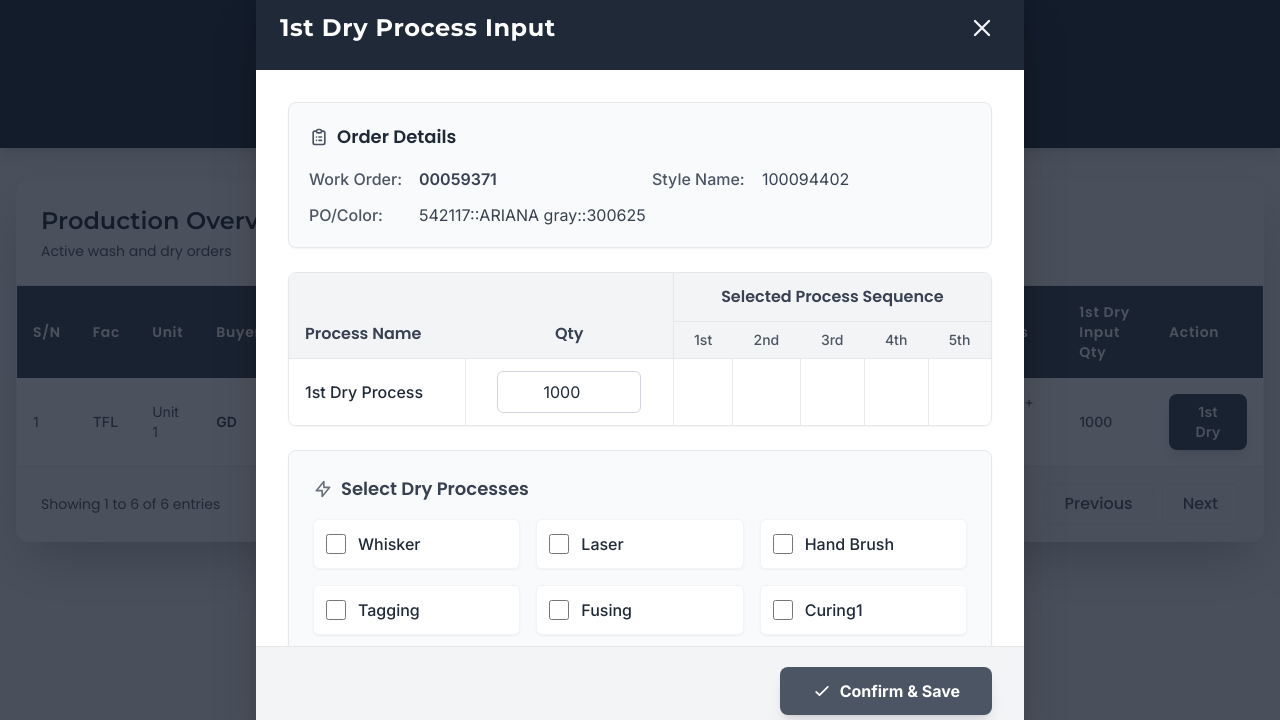
Repository: AhmedMuktadir14218/TusukaDryWash
Page: 1st Dry/index.html
An editor plug-in stored every save of this project. The page is shown before and after the next save, followed by the edit.
The browser window is 1280 px wide. The pictures show the whole page.
After loading, the first visible `button.open-modal-btn` was clicked once.
An inner scrolling area shows only its first screen. Some web libraries are served in a nearby version.

Above is the page before, as saved 2025-06-29 16:55:40.

After the next save:
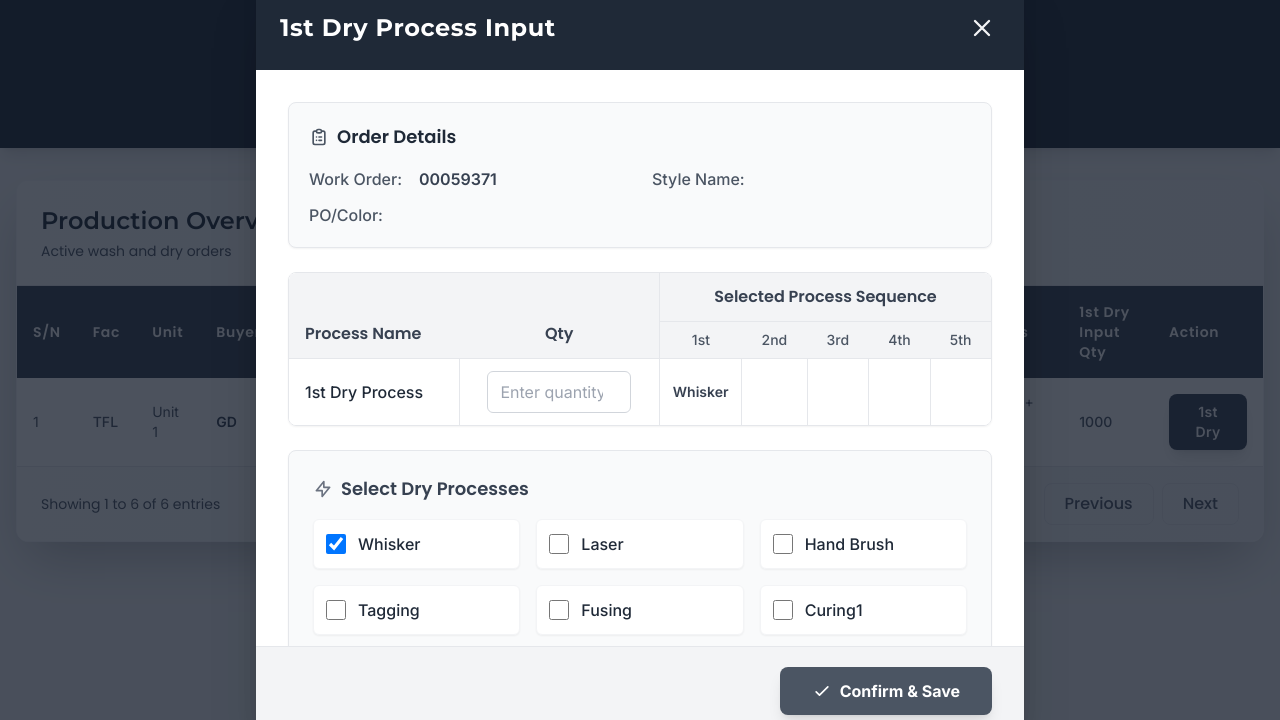
Saved 38 s later.
--- a/1st Dry/index.html
+++ b/1st Dry/index.html
@@ -44,7 +44,7 @@
                         </tr>
                     </thead>
                     <tbody class="divide-y divide-gray-100 font-inter" id="productionTableBody">
-                        <tr class="hover:bg-gray-50 transition-all duration-200">
+                        <tr class="hover:bg-gray-50 transition-all duration-200" data-qty="1000" data-processes='["Whisker"]'>
                             <td class="px-4 py-3.5 text-gray-600" data-label="S/N">1</td>
                             <td class="px-4 py-3.5 text-gray-600 font-medium" data-label="Fac">TFL</td>
                             <td class="px-4 py-3.5 text-gray-600" data-label="Unit">Unit 1</td>
@@ -201,10 +201,7 @@
         const openModalButtons = document.querySelectorAll('.open-modal-btn');
         const saveModalData = document.getElementById('saveModalData');
 
-        // Modal content elements
         const modalWorkOrder = document.getElementById('modalWorkOrder');
-        const modalStyleName = document.getElementById('modalStyleName');
-        const modalPOColor = document.getElementById('modalPOColor');
         const dryProcessQty = document.getElementById('dryProcessQty');
         const selectedProcessCells = [
             document.getElementById('selectedProcess1st'),
@@ -215,7 +212,6 @@
         ];
         const processSelectCheckboxes = document.querySelectorAll('input[name="processSelect"]');
 
-        // Array to store the order of selected processes
         let currentSelectedProcessOrder = [];
 
         function openModal() {
@@ -224,7 +220,7 @@
                 firstDryModal.classList.remove('opacity-0');
                 firstDryModal.querySelector('div').classList.remove('scale-95');
                 firstDryModal.querySelector('div').classList.add('scale-100');
-            }, 10); // Small delay for transition
+            }, 10);
         }
 
         function closeModal() {
@@ -235,25 +231,31 @@
                 firstDryModal.classList.add('hidden');
                 resetSelectedProcesses();
                 resetProcessCheckboxes();
-                dryProcessQty.value = ''; // Clear quantity input
-                currentSelectedProcessOrder = []; // Clear the order array
-            }, 300); // Wait for transition to finish
+                dryProcessQty.value = '';
+                currentSelectedProcessOrder = [];
+            }, 300);
         }
 
         openModalButtons.forEach(button => {
             button.addEventListener('click', (event) => {
                 const row = event.target.closest('tr');
 
-                // Extract data using data-label attributes
                 modalWorkOrder.textContent = row.querySelector('[data-label="Work Order"]').textContent;
-                modalStyleName.textContent = row.querySelector('[data-label="Style"]').textContent;
-                modalPOColor.textContent = row.querySelector('[data-label="PO/Color"]').textContent;
-
-                dryProcessQty.value = row.querySelector('[data-label="1st Dry Input Qty"]').textContent.trim() || '';
+                const existingQty = parseInt(row.getAttribute('data-qty')) || 0;
+                const existingProcesses = JSON.parse(row.getAttribute('data-processes')) || [];
+
+                dryProcessQty.value = '';
 
                 resetSelectedProcesses();
                 resetProcessCheckboxes();
-                currentSelectedProcessOrder = [];
+
+                existingProcesses.forEach((process, index) => {
+                    currentSelectedProcessOrder.push(process);
+                    const checkbox = Array.from(processSelectCheckboxes).find(cb => cb.value === process);
+                    if (checkbox) checkbox.checked = true;
+                });
+
+                updateSelectedProcessesDisplay();
 
                 openModal();
             });
@@ -308,19 +310,22 @@
             currentSelectedProcessOrder = [];
         }
 
-        // Event listener for saving data from modal
         saveModalData.addEventListener('click', () => {
             const workOrder = modalWorkOrder.textContent;
-            const inputQty = dryProcessQty.value;
-
-            // Find the table row that matches the work order
+            const newQty = parseInt(dryProcessQty.value) || 0;
+
             const tableRow = Array.from(document.querySelectorAll('#productionTableBody tr')).find(row => {
                 return row.querySelector('[data-label="Work Order"]').textContent === workOrder;
             });
 
             if (tableRow) {
+                const existingQty = parseInt(tableRow.getAttribute('data-qty')) || 0;
+                const updatedQty = existingQty + newQty;
+                tableRow.setAttribute('data-qty', updatedQty);
+                tableRow.setAttribute('data-processes', JSON.stringify(currentSelectedProcessOrder));
+
                 const qtyCell = tableRow.querySelector('[data-label="1st Dry Input Qty"]');
-                qtyCell.textContent = inputQty;
+                qtyCell.textContent = updatedQty;
 
                 closeModal();
             } else {
